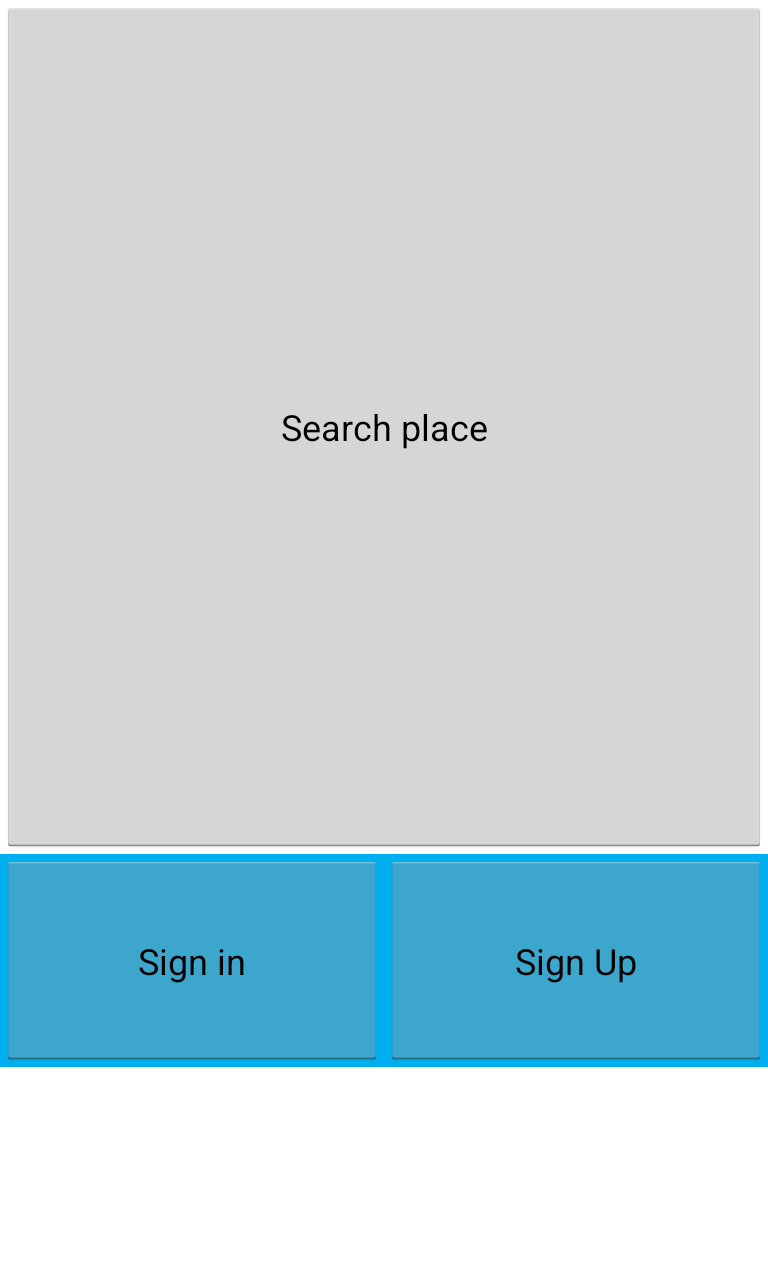
Repository: Rownak/TouristFriend
Layout: android/MainProjectTherapTest/res/layout/front_page_layout.xml
These files come from the project's save history. The layout is drawn as it stood at one moment and after the next save; the edit follows.
It is drawn on a 768 x 1280 px phone screen (xhdpi) without system bars, with theme AppTheme; the app's code is not run.

Above is the layout before, as saved 2014-12-05 16:11:23.

### android/MainProjectTherapTest/res/layout/front_page_layout.xml
<?xml version="1.0" encoding="utf-8"?>
<LinearLayout xmlns:android="http://schemas.android.com/apk/res/android"
    android:layout_width="match_parent"
    android:layout_height="match_parent"
    android:orientation="vertical"
    android:weightSum="6" >

    <LinearLayout
        android:layout_width="fill_parent"
        android:layout_height="fill_parent"
        android:layout_weight="2"
        android:orientation="horizontal" >

        <Button
            android:layout_width="fill_parent"
            android:layout_height="fill_parent"
            android:text="Search place" />
    </LinearLayout>

    <LinearLayout
        android:layout_width="fill_parent"
        android:layout_height="fill_parent"
        android:layout_weight="5"
        android:background="@color/skype_blue"
        android:orientation="horizontal"
        android:weightSum="2" >

        <LinearLayout
            android:layout_width="fill_parent"
            android:layout_height="fill_parent"
            android:layout_weight="1"
            android:orientation="horizontal" >

            <Button
                android:id="@+id/signInButtonFront"
                android:layout_width="fill_parent"
                android:layout_height="fill_parent"
                android:text="Sign in" />
        </LinearLayout>

        <LinearLayout
            android:layout_width="fill_parent"
            android:layout_height="fill_parent"
            android:layout_weight="1"
            android:orientation="horizontal" >

            <Button
                android:id="@+id/signUpButtonFront"
                android:layout_width="fill_parent"
                android:layout_height="fill_parent"
                android:text="Sign Up" />
        </LinearLayout>
    </LinearLayout>

</LinearLayout>

### android/MainProjectTherapTest/res/values/color2.xml
<?xml version="1.0" encoding="utf-8"?>
<resources>
    <color name ="skype_blue">#00AFF0</color>
    <color name ="skype_text_hint">#00AFC0</color>
    <color name ="skype_button">#0095CC</color>
    <color name ="kmngreen">#5B9C64</color>
    <color name="white">#FFFFFF</color>
    <color name="grey">#7A7A7A</color>
    <color name="background">#0044AA</color>
    <color name="bluelight">#449DEF</color>
    <color name="bluedark">#2F6699</color>
    <color name="greenlight">#70C656</color>
    <color name="greendark">#53933F</color>
    <color name="orangelight">#F3AE1B</color>
    <color name="orangedark">#BB6008</color>
    <color name="black">#000000</color>
    <color name="red">#f00</color>
    <color name="transculent_red">#80ff0000</color>
    <color name="firoja">#63b6ab</color>
    <color name="yellow">#f0ff00</color>
    <color name="merun">#440700</color>
    <color name="violet">#8256a4</color>
    <color name="violetlight">#d6b6e6</color>
    <color name="paste">#1eb486</color>
    <color name="purple">#bc1dd8</color>
    <color name="pastelmagenta">#F49AC2</color>
    <color name="pink">#ff007f</color>
    <color name="flamingopink">#FC8EAC</color>
    <color name="cherryblossompink">#ffb7c6</color>
    <color name="darkpink">#E75480</color>
    <color name = "byzantinepink">#BD33A4</color>
    <color name = "glowypink">#FF66FF</color>
    <color name = "glowypink2">#FF3399</color>
    <color name = "bottlegreen">#324F17</color>

    <color name="list_item_title">#fff</color>
    <color name="list_background">#303030</color>
    <color name="list_background_pressed">#992416</color>
    <color name="list_divider">#272727</color>
    <color name="counter_text_bg">#626262</color>
    <color name="counter_text_color">#c5c4c4</color>
</resources>

Loaded but not shown: android/MainProjectTherapTest/res/values/styles.xml (common file); android/MainProjectTherapTest/res/values-v11/styles.xml (common file); android/MainProjectTherapTest/res/values-v14/styles.xml (common file)

After the next save:
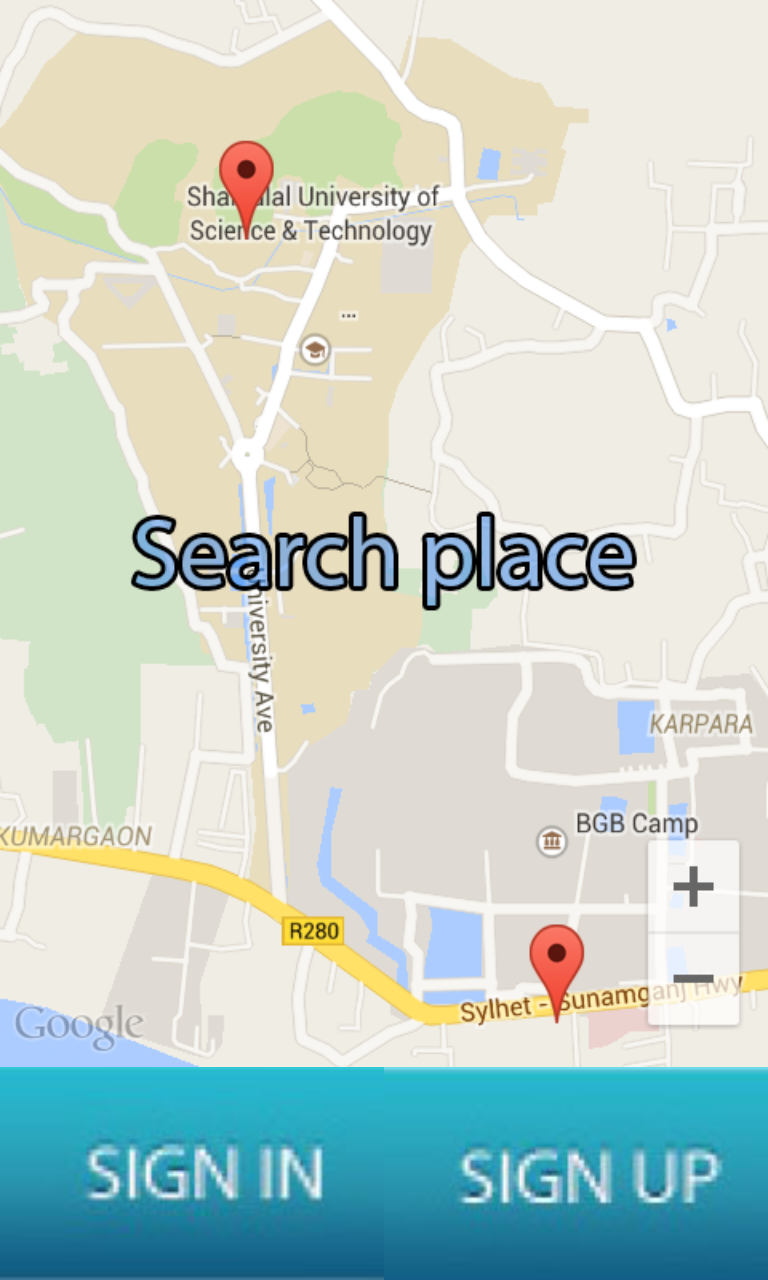
Saved 17 s later.
--- a/android/MainProjectTherapTest/res/layout/front_page_layout.xml
+++ b/android/MainProjectTherapTest/res/layout/front_page_layout.xml
@@ -8,13 +8,18 @@
     <LinearLayout
         android:layout_width="fill_parent"
         android:layout_height="fill_parent"
-        android:layout_weight="2"
-        android:orientation="horizontal" >
+        android:layout_weight="1"
+        android:orientation="horizontal"
+        android:background="@color/skype_blue">
 
-        <Button
+        <ImageButton
+            android:id="@+id/frontsearchButton"
             android:layout_width="fill_parent"
             android:layout_height="fill_parent"
-            android:text="Search place" />
+            android:src="@drawable/frontsearch"
+            android:background="@color/skype_blue"
+           android:scaleType="fitXY" />
+
     </LinearLayout>
 
     <LinearLayout
@@ -29,26 +34,35 @@
             android:layout_width="fill_parent"
             android:layout_height="fill_parent"
             android:layout_weight="1"
-            android:orientation="horizontal" >
+            android:orientation="horizontal"
+            android:scaleType="fitXY">
 
-            <Button
+            <ImageButton
                 android:id="@+id/signInButtonFront"
                 android:layout_width="fill_parent"
                 android:layout_height="fill_parent"
-                android:text="Sign in" />
+               android:background="@color/skype_blue"
+                android:scaleType="fitXY"
+                android:src="@drawable/signin"
+               />
+
         </LinearLayout>
 
         <LinearLayout
             android:layout_width="fill_parent"
             android:layout_height="fill_parent"
             android:layout_weight="1"
-            android:orientation="horizontal" >
+            android:orientation="horizontal"
+            android:scaleType="fitXY" >
 
-            <Button
+            <ImageButton
                 android:id="@+id/signUpButtonFront"
                 android:layout_width="fill_parent"
                 android:layout_height="fill_parent"
-                android:text="Sign Up" />
+                android:src="@drawable/signup"
+                android:background="@color/skype_blue"
+                android:scaleType="fitXY" />
+
         </LinearLayout>
     </LinearLayout>
 
